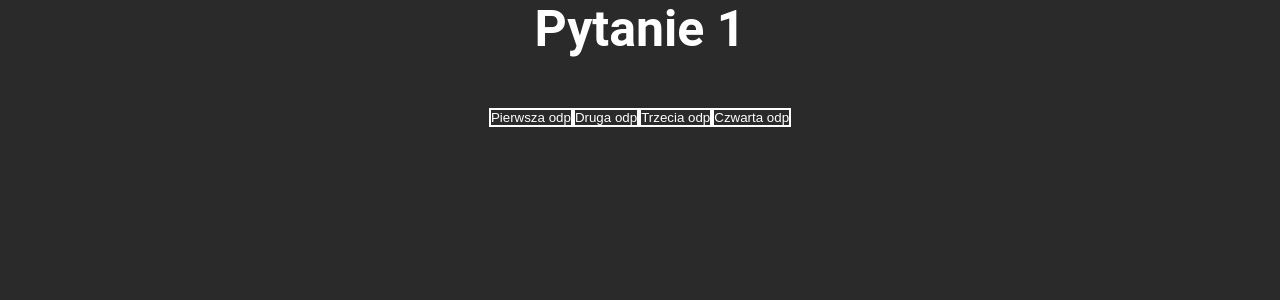
Repository: BaczkiewiczDawid/weatherApp
Page: index.html
The author's editor kept a copy of each file at every save. The page is drawn from the files as they stood at one save, then again after the next save.
The browser window is 1280 px wide. The pictures show the whole page.

Above is the page before, as saved 2020-02-22 18:30:43.

After the next save:
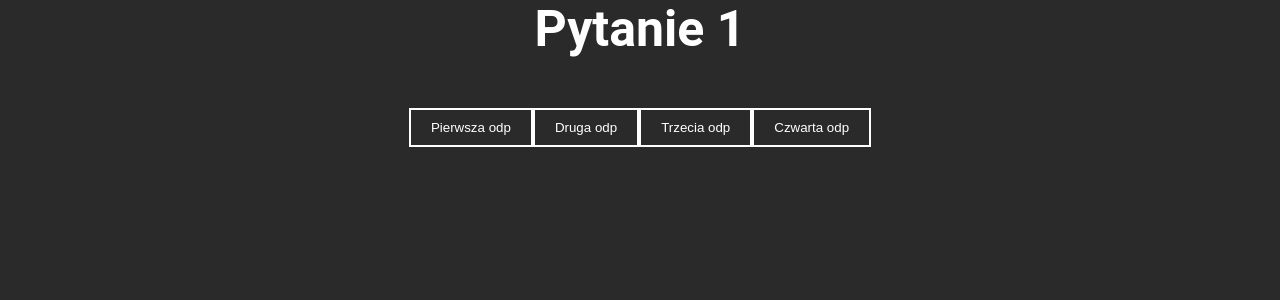
Saved 7 s later.
--- a/style.css
+++ b/style.css
@@ -24,4 +24,5 @@ button {
     background: transparent;
     color: white;
     border: 2px solid white;
+    padding: 10px 20px;
 }
